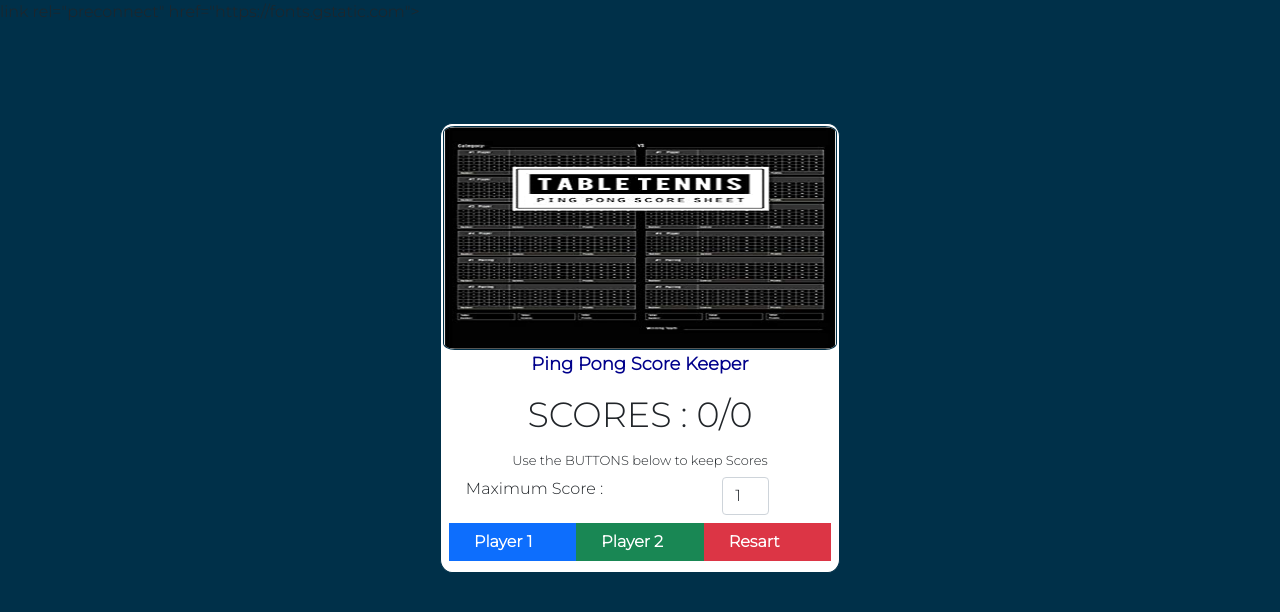
Repository: uditjain100/JavaScript-for-Web
Page: 9.Score Keeper Project/sk.html
An editor plug-in stored every save of this project. The page is shown before and after the next save, followed by the edit.
The browser window is 1280 px wide. The pictures show the whole page.

Above is the page before, as saved 2021-01-22 21:48:49.

### 9.Score Keeper Project/sk.html
<!DOCTYPE html>
<html lang="en">
  <head>
    <meta charset="UTF-8" />
    <meta name="viewport" content="width=device-width, initial-scale=1.0" />
    <title>Score Keeper</title>
    <link
      href="https://cdn.jsdelivr.net/npm/bootstrap@5.0.0-beta1/dist/css/bootstrap.min.css"
      rel="stylesheet"
      integrity="sha384-giJF6kkoqNQ00vy+HMDP7azOuL0xtbfIcaT9wjKHr8RbDVddVHyTfAAsrekwKmP1"
      crossorigin="anonymous"
    />
    link rel="preconnect" href="https://fonts.gstatic.com">
    <link
      href="https://fonts.googleapis.com/css2?family=Montserrat:wght@300&display=swap"
      rel="stylesheet"
    />
    <link rel="stylesheet" href="app.css" />
  </head>
  <body>
    <div class="container">
      <div id="mainbody" class="main" style="height: 450px">
        <img
          src="image.png"
          alt="Table_Tennis"
          class="img-fluid mx-auto"
          style="width: 99%; height: 50%"
        />

        <h6 id="heading" class="diaply-10">Ping Pong Score Keeper</h6>

        <div id="scores" class="scores m-2 p-1 mx-auto">
          <span id="score" class="score">SCORES : 0/0</span>
        </div>

        <h6 id="instruction">Use the BUTTONS below to keep Scores</h6>

        <div id="maxScores bg-info" class="row">
          <div class="col-6">
            <h6 id="max_score" class="display-10 fw-4">Maximum Score :</h6>
          </div>
          <div id="select_02" class="col-2">
            <select class="form-control" name="max-score" id="max-score">
              <option value="1">1</option>
              <option value="2">2</option>
              <option value="3">3</option>
              <option value="4">4</option>
              <option value="5">5</option>
            </select>
          </div>
        </div>

        <div id="allbtns" class="row m-2">
          <div class="col-4 bg-primary">
            <button class="btn">Player 1</button>
          </div>
          <div class="col-4 bg-success">
            <button class="btn">Player 2</button>
          </div>
          <div class="col-4 bg-danger">
            <button class="btn">Resart</button>
          </div>
        </div>

        <!-- ********************* -->
      </div>
    </div>
  </body>
</html>

### 9.Score Keeper Project/app.css
body {
  background-color: #003049;
  font-family: "Montserrat";
}

.container {
  display: flex;
  justify-content: center;
  align-items: center;
  min-height: 90vh;
}

img {
  display: flex;
  justify-content: center;
  margin-top: 2px;
  border: 0.5px #003049 solid;
  border-radius: 3%;
}

#mainbody {
  background-color: white;
  border: 0.5px #003049 solid;
  border-radius: 3%;
  width: 400px;
}

#heading {
  margin: 3px;
  padding: 1px;
  text-align: center;
  color: darkblue;
  font-weight: 900;
  font-size: large;
  font-family: "Montserrat";
}

#scores {
  display: flex;
  justify-content: center;
  align-items: center;
}

#instruction {
  text-align: center;
  font-size: small;
}

#maxScores {
  display: flex;
  align-items: center;
  border-top: 2px #003049 solid;
  border-bottom: 2px #003049 solid;
}

#max_score {
  padding: 2px;
  margin: 0px auto;
  text-align: center;
}

#select_02 {
  margin: 0px auto;
}

#score {
  text-align: center;
  font-size: 35px;
}

.btn {
  color: white;
  font-weight: 900;
}

After the next save:
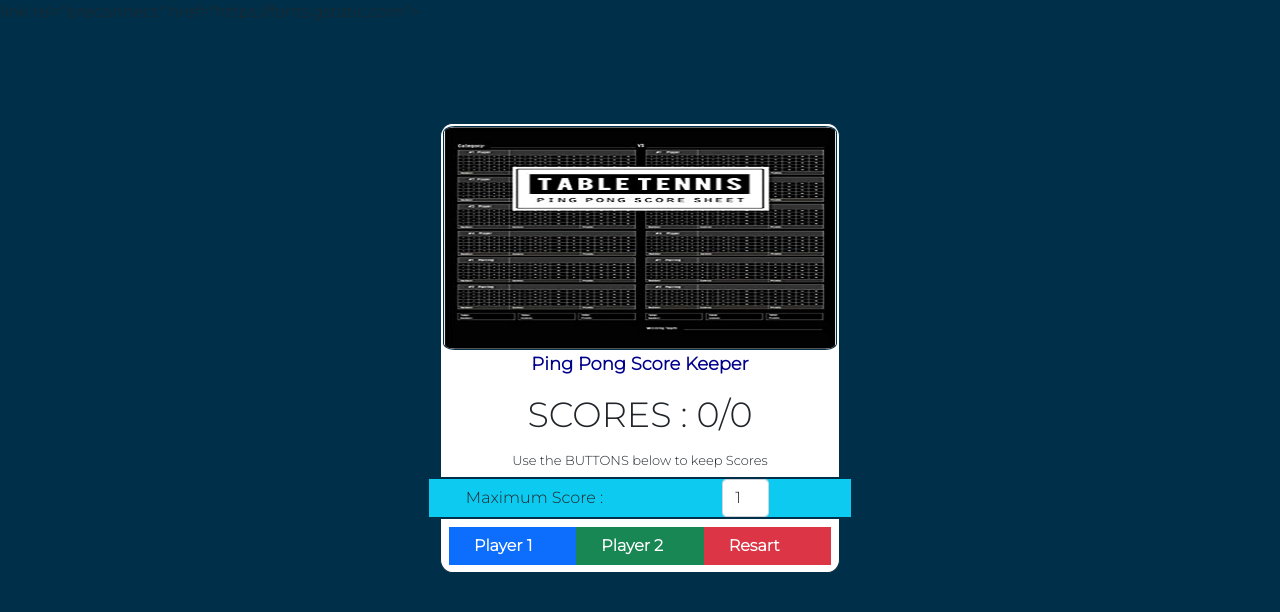
Saved 12 s later.
--- a/9.Score Keeper Project/sk.html
+++ b/9.Score Keeper Project/sk.html
@@ -35,7 +35,7 @@
 
         <h6 id="instruction">Use the BUTTONS below to keep Scores</h6>
 
-        <div id="maxScores bg-info" class="row">
+        <div id="maxScores" class="row bg-info">
           <div class="col-6">
             <h6 id="max_score" class="display-10 fw-4">Maximum Score :</h6>
           </div>
